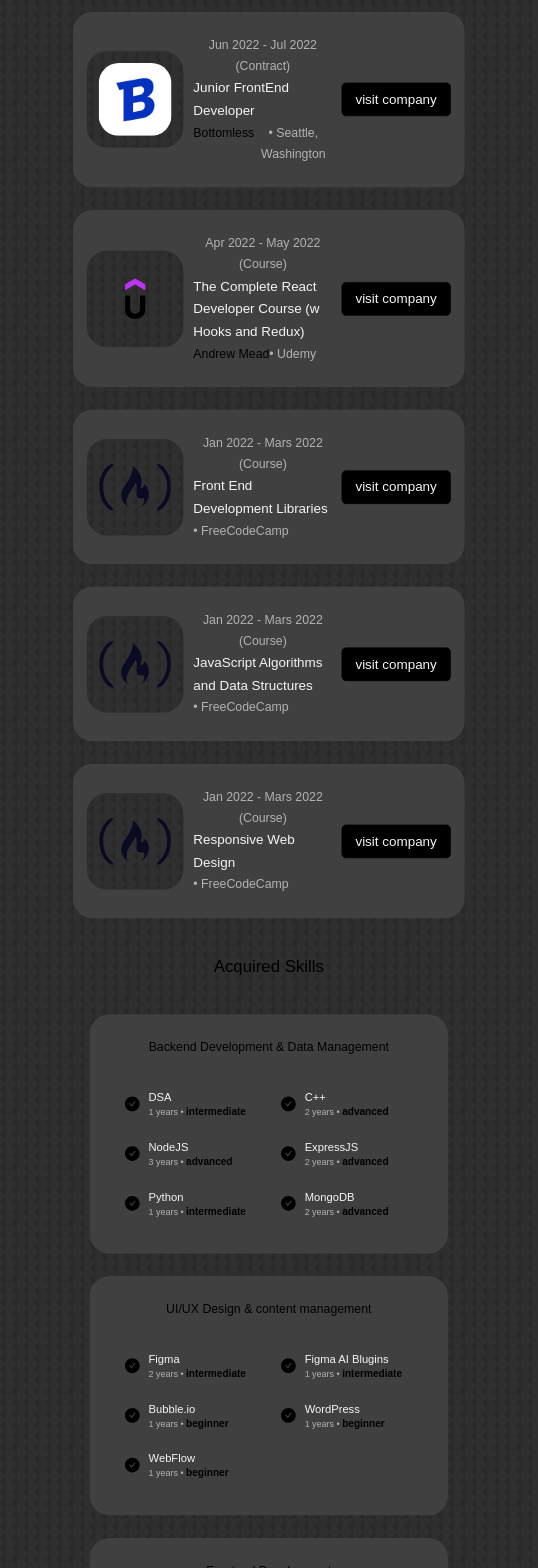
Repository: Z-Bahaa/project_joker_react_portfolio
Page: /
These files come from the project's save history. The page is drawn as it stood at one moment and after the next save; the edit follows.
The browser window is 768 px wide. The pictures show the part of the page from y = 4260 to 6500 px (the page is 8555 px tall before and 9122 px after), at 70% of full size.
Some web fonts or font styles are not loaded; a fallback is used. The project was rebuilt for these pictures with package versions that can differ from the ones it lists, and the page was loaded fresh each time. Imported but missing from the stored project, and not drawn on this page: src/assets/resume.pdf.

Above is the page before, as saved 2023-08-21 18:56:42.

### public/index.html
<!DOCTYPE html>
<html lang="en">

<head>
  <meta charset="UTF-8">
  <meta name="viewport" content="width=device-width, initial-scale=1.0">
  <title>Zeyad Bahaa</title>
  <link rel="shortcut icon" href="/Logo.png" />
</head>

<body>
  <div id="root"></div>
</body>

</html>

### src/App.jsx
import Header from './components/header/Header'
import Nav from './components/nav/Nav'
import About from './components/about/About'
import Experience from './components/experience/Experience'
// import Services from './components/services/Services'
import Portfolio from './components/portfolio/Portfolio'
// import Testimonials from './components/testimonials/Testimonials'
import Contact from './components/contact/Contact'
import Footer from './components/footer/Footer'


const App = () => {
  return (
    <>
      <Header />
      <Nav />
      <About />
      <Portfolio />
      <Experience />
      {/* <Services /> */}
{/*       <Testimonials /> */}
      <Contact />
      <Footer />

    </>
  )
}

export default App

### src/components/header/Header.jsx
import './header.css';
import CTA from './CTA'
import ME from '../../assets/me-3.png'
import HeaderSocials from './HeaderSocials'

const Header = () => {
  return (
    <div className='header container' id='home'>
      <div className='header__container'>
        <h5>Hello, I'm</h5>
        <h1>Zeyad Bahaa</h1>
        <h5 className="text-light">Software & web development Enthusiast</h5>
        <CTA />
        <HeaderSocials />

        <div className="me">
          <img src={ME} alt="" />
        </div>

        <a href='#contact' className="scroll__down">Scroll Down</a>
      </div>
    </div>
  )
}

export default Header

### src/components/nav/Nav.jsx
import './nav.css'
import { AiOutlineHome, AiOutlineUser, AiOutlineMessage } from 'react-icons/ai'
import { BiBookAlt } from 'react-icons/bi'
import { BsBagDash } from 'react-icons/bs'
import { useState} from 'react'

const Nav = () => {
  const [activeNav, setActiveNAv] = useState('#')
  return (
    <div className="nav">
      <a href="#home" className={activeNav === '#' ? 'active' : ''} onClick={() => setActiveNAv('#')}><AiOutlineHome /></a>
      <a href="#about" className={activeNav === '#about' ? 'active' : ''} onClick={() => setActiveNAv('#about')}><AiOutlineUser /></a>
      <a href="#portfolio" className={activeNav === '#services' ? 'active' : ''} onClick={() => setActiveNAv('#services')}><BsBagDash /></a>
      <a href="#experience" className={activeNav === '#experience' ? 'active' : ''} onClick={() => setActiveNAv('#experience')}><BiBookAlt /></a>
      <a href="#contact" className={activeNav === '#contact' ? 'active' : ''} onClick={() => setActiveNAv('#contact')}><AiOutlineMessage /></a>
    </div>
  )
}

export default Nav

### src/components/about/About.jsx
import './about.css'
import ME from '../../assets/me-3.png'
/* import { FiAward, FiUsers } from 'react-icons/fi'
import { AiFillFolderOpen } from 'react-icons/ai' */
const About = () => {
  return (
    <div className="section" id="about">
      <h5>Get To Know</h5>
      <h2>About Me</h2>

      <div className="container about__container">
        <div className="about__me">
          <div className="about__me-image">
            <img src={ME} alt="About" />
          </div>
        </div>

        <div className="about__content">
          {/* <div className="about__cards">

            <div className="about__card">
              <FiAward className="about__icon" />
              <h5>Experience</h5>
              <small>3+ Years Working</small>
            </div>

            <div className="about__card">
              <FiUsers className="about__icon" />
              <h5>Clients</h5>
              <small>200+ Worldwide</small>
            </div>

            <div className="about__card">
              <AiFillFolderOpen className="about__icon" />
              <h5>Projects</h5>
              <small>80+ Completed Projects</small>
            </div>

          </div> */}

          <p>
          Confident young professional with a passion for learning and development. eager to leverage education and training in the software development space to support the growth and success of a High performing organization. Strong track record of settling effective goals and leading teams to achieve those goals. committed to continuous improvement and driving team success.
          </p>

          <a href="#contact" className="btn btn-primary">Let's Talk</a>
        </div>
      </div>
    </div>
  )
}

export default About

### src/components/experience/Experience.jsx
import './experience.css'
import {skills, experience} from '../../data/experiences'
import { AiFillCheckCircle } from 'react-icons/ai'

const Experience = () => {
  return (
    <div className="section" id="experience">
      <h5>What Skills Do I Have?</h5>
      <h2>My Experiences</h2>
      <div className="history__container">
        {
          experience.map((e) => (
            <div>
              <div className="image-container">
                <img src={e.image} alt='company logo'/>
              </div>
              <div className="course-details-container">
                <p>{e.date}</p>
                <h1>{e.title}</h1>
                <section>
                  <span>{e.address.city}</span>
                  <p> • {e.address.country}</p>
                </section>
              </div>
              <a href={e.url} target="_blank" rel="noreferrer">
                <button className="btn btn-primary" >
                  <h1>visit company</h1>
                </button>
              </a>
            </div>
          ))
        }
      </div>
      <h2>Acquired Skills</h2>
      <div className="experience__container">
        {
          skills.map((field) => (
            <div>
              <h3>{field.title}</h3>
              <div className="experience__content">
                {
                  field.list.map((item) => (
                    <div className="experience__details">

                        <AiFillCheckCircle className="experience__details-icon"/>
                        <div>
                          <h4>{item.name}</h4>
                          <small>{(item.experience + " ")} • <span>{" " + item.level}</span> </small>
                        </div>
                    </div>
                  ))
                }
              </div>
            </div>
          ))
        }
      </div>

    </div>
  )
}

export default Experience

### src/components/portfolio/Portfolio.jsx
import './portfolio.css'
import projects from '../../data/projects'



const Portfolio = () => {
  return (
    <div className="section" id='portfolio'>
      <h5>My Recent Work</h5>
      <h2>Portfolio</h2>

      <div className="container portfolio__container">
        {
          projects.map(item => (
            <div  key={item.id} className="portfolio__item">
              <img src={item.img} className="portfolio__item-image" alt=""/>
              <h3>{item.title || 'This is a portfolio item title'}</h3>
              <p>{item.tech || 'This is a portfolio item title'}</p>
              <div className="portfolio__item-cta">
                <a className="btn" href={item.github} target='_blank' rel="noreferrer">Github</a>
                <a className="btn btn-primary" href={item.demo} target='_blank' rel="noreferrer">Live Demo</a>
              </div>
            </div>
          ))
        }
      </div>
    </div>
  )
}

export default Portfolio

### src/components/contact/Contact.jsx
import './contact.css'
import { AiOutlineMail, AiOutlineWhatsApp } from 'react-icons/ai'
import { RiMessengerLine } from 'react-icons/ri'


const Contact = () => {

  return (
    <div className="section" id="contact">
      <h5>Get In Touch</h5>
      <h2>Contact Me</h2>

      <div className="container contact__container">
        <div className="contact__options">

          <div className="contact__option">
            <AiOutlineMail className='contact__option-icon'/>
            <h4>Email</h4>
            <h5>zizobahaapersonal@gmail.com</h5>
            <a href="mailto:zizobahaapersonal@gmail.com">Send a message</a>
          </div>

          <div className="contact__option">
            <RiMessengerLine className='contact__option-icon'/>
            <h4>Messenger</h4>
            <h5>Zizo Bahaa</h5>
            <a href="https://m.me/100071918118359">Send a message</a>
          </div>
          <div className="contact__option">
            <AiOutlineWhatsApp className='contact__option-icon' />
            <h4>WhatsApp</h4>
            <h5>+201020730202</h5>
            <a href="https://api.whatsapp.com/send?phone=201020730202" >Send a message</a>
          </div>

        </div>

{        <form
          // ref={form}
          // onSubmit={sendEmail}
          >
          <input type="text" name="name" placeholder="Your Full Name" required/>
          <input type="email" name="email" placeholder="Your Email" required/>
          <textarea name="message" placeholder="Your Message" rows="7" required/>
          <button type="submit" className="btn btn-primary">send Message</button>
        </form>}
      </div>
    </div>
  )
}

export default Contact

### src/components/footer/Footer.jsx
import './footer.css'
import { AiOutlineLinkedin, AiOutlineFacebook, } from 'react-icons/ai'
import { FiTwitter, FiGithub, FiInstagram } from 'react-icons/fi'
import { FaTiktok } from 'react-icons/fa'
import { SiMyanimelist } from 'react-icons/si'

const Footer = () => {
  return (
    <div className="footer">
      <a href="#home" className="footer__icon">Z. bahaa</a>

      <ul className="permalinks">
        <li><a href="#home">Home</a></li>
        <li><a href="#about">About</a></li>
        <li><a href="#experience">Experience</a></li>
        {/* <li><a href="#services">Services</a></li> */}
        <li><a href="#portfolio">Portfolio</a></li>
        {/* <li><a href="#testimonials">Testimonials</a></li> */}
        <li><a href="#contact">Contact</a></li>
      </ul>

      <div className="footer__socials" >
        <a href='https://www.linkedin.com/in/z-bahaa-194022234/' target='_blank' rel="noreferrer"><AiOutlineLinkedin /></a>
        <a href='https://github.com/Z-Bahaa' target='_blank' rel="noreferrer"><FiGithub /></a>
        <a href='https://www.facebook.com/profile.php?id=100071918118359' target='_blank' rel="noreferrer"><AiOutlineFacebook /></a>
      </div>

      <div className="footer__coptright">
        <small>&copy; Z.bahaa. All rights reserved.</small>
      </div>
    </div>
  )
}

export default Footer

### src/components/header/header.css
.header {
  min-height: 120vh;
  padding-top: 7rem;
  /* overflow: hidden; */
}

.header__container {
  text-align: center;
  height: 100%;
  position: relative;
}

.cta {
  margin-top: 2.5rem;
  display: flex;
  gap: 1.2rem;
  justify-content: center;
}

.header__socials {
  display: flex;
  flex-direction: column;
  position: absolute;
  left: 0;
  bottom: 2rem;
  gap: 1rem;
}

.header__socials::after {
  content: "";
  width: 1px;
  height: 2rem;
  background: var(--color-primary);
  align-self: center;
}

.me {
  background: linear-gradient(var(--color-primary), transparent);
  width: 22rem;
  max-height: 27rem;
  position: absolute;
  left: calc(50% - 11rem);
  margin-top: 4rem;
  border-radius: 12rem 12rem 0 0;
  -webkit-border-radius: 12rem 12rem 0 0;
  -moz-border-radius: 12rem 12rem 0 0;
  -ms-border-radius: 12rem 12rem 0 0;
  -o-border-radius: 12rem 12rem 0 0;
  overflow: hidden;
  /* padding: 5rem 1.5rem 1.5rem 1.5rem; */
}
/* .me img {
  min-height: 40rem;
} */

.scroll__down {
  position: absolute;
  right: 0rem;
  bottom: 5rem;
  transform: rotate(90deg);
  -webkit-transform: rotate(90deg);
  -moz-transform: rotate(90deg);
  -ms-transform: rotate(90deg);
  -o-transform: rotate(90deg);
  font-weight: 300;
  font-size: 0.9rem
}

@media screen and (max-width: 1024px) {
  .header {
    height: 70vh;
  }
}

@media screen and (max-width: 600px) {



}

### src/components/header/CTA.jsx
import CV from '../../assets/resume.pdf'

import React from 'react'

const CTA = () => {
  return (
    <div className="cta">
      <a href={CV} className='btn'>Download CV</a>
      <a href="#contact" className="btn btn-primary">Let's Talk</a>
    </div>
  )
}

export default CTA

### src/components/header/HeaderSocials.jsx
import { AiOutlineLinkedin, AiOutlineFacebook,} from 'react-icons/ai'
import {FiGithub} from 'react-icons/fi'



const HeaderSocials = () => {
  return (
    <div className="header__socials">
      <a href='https://www.linkedin.com/in/zizo-bahaa' target='_blank'  rel="noreferrer"><AiOutlineLinkedin /></a>
      <a href='https://github.com/Z-Bahaa' target='_blank'  rel="noreferrer"><FiGithub /></a>
      <a href='https://www.facebook.com/profile.php?id=100071918118359' target='_blank'  rel="noreferrer"><AiOutlineFacebook /></a>
    </div>
  )
}

export default HeaderSocials

### src/components/nav/nav.css
.nav {
  background: rgba(0, 0, 0, 0.3);
  width: max-content;
  display: block;
  padding: 0.7em 1.7em;
  z-index: 2;
  position: fixed;
  left: 50%;
  transform: translateX(-50%);
  -webkit-transform: translateX(-50%);
  -moz-transform: translateX(-50%);
  -ms-transform: translateX(-50%);
  -o-transform: translateX(-50%);
  bottom: 2rem;
  display: flex;
  gap: 0.8rem;
  border-radius: 3rem;
  -webkit-border-radius: 3rem;
  -moz-border-radius: 3rem;
  -ms-border-radius: 3rem;
  -o-border-radius: 3rem;
  backdrop-filter: blur(15px);
}

.nav a {
  background: transparent;
  padding: 0.8rem;
  border-radius: 50%;
  -webkit-border-radius: 50%;
  -moz-border-radius: 50%;
  -ms-border-radius: 50%;
  -o-border-radius: 50%;
  display: flex;
  color: var(--color-light);
  font-size: 1.1rem;
}

.nav a:hover {
  background: rgba(0, 0, 0, 0.3);
}

.nav a.active {
  background: var(--color-primary);
  color: var(--color-bg)
}

### src/components/experience/experience.css
.experience__container {
  display: grid;
  grid-template-columns: 1fr 1fr;
  justify-content: center;
  gap: 2rem;
  margin-inline: 8rem;
}

.history__container {
  display: grid;
  grid-template-columns: 1fr;
  justify-content: center;
  gap: 2rem;
  margin-inline: 8rem;
  margin-bottom: 3rem;
}

.experience__container>div, .history__container>div {
  background: var(--color-bg-variant);
  display: flex;
  flex-direction: column;
  justify-content: center;
  width: 100%;
  padding: 2.4rem 5rem;
  border-radius: 1.8rem;
  -webkit-border-radius: 1.8rem;
  -moz-border-radius: 1.8rem;
  -ms-border-radius: 1.8rem;
  -o-border-radius: 1.8rem;
  border: 1px solid transparent;
  transition: var(--transition);
  -webkit-transition: var(--transition);
  -moz-transition: var(--transition);
  -ms-transition: var(--transition);
  -o-transition: var(--transition);
}

.history__container>div {
  display: flex;
  flex-direction: row;
  align-items: center;
  justify-content: flex-start;
  padding: 1.2rem;
}

.history__container>div .image-container{
  aspect-ratio: 1;
  display: flex;
  align-items: center;
  justify-content: center;
  width: fit-content;
  padding: 1rem;
  /* background-color: red; */
  border-radius: 1.8rem;
  -webkit-border-radius: 1.8rem;
  -moz-border-radius: 1.8rem;
  -ms-border-radius: 1.8rem;
  -o-border-radius: 1.8rem;
  background: var(--color-bg);
  background-image: url(../../assets/bg-texture.png);
  border-color: var(--color-bg);
  border-style: solid;
  border-width: 1px;
  margin-inline-end: .1rem;
}

.history__container>div .image-container img{
  width: 6.5rem;
  border-radius: 1.8rem;
  -webkit-border-radius: 1.8rem;
  -moz-border-radius: 1.8rem;
  -ms-border-radius: 1.8rem;
  -o-border-radius: 1.8rem;
}

.experience__container>div:hover, .history__container>div:hover {
  background: transparent;
  border-color: var(--color-primary-variant);
  cursor: default;
}

.history__container>div .course-details-container{
  padding: .8rem;
  display: flex;
  width: 100%;
  height: 100%;
  /* background-color: red; */
  flex-direction: column;
  justify-content: center;
  align-items: flex-start;

}
.history__container>div h1{
  font-size: 1.2rem;

}

.history__container>div .course-details-container section{
  display: flex;

}

.history__container>div .course-details-container  span {
  text-align: center;
  font-size: 1.1rem;
  /* margin-bottom: 2rem; */
  color: var(--color-primary);

}
.history__container>div .course-details-container  p {
  text-align: center;
  font-size: 1.1rem;
  /* margin-bottom: 1rem; */
  color: var(--color-light);

}

.history__container>div button {
  color: var(--color-white);
  min-width: fit-content;

}

.experience__container>div h3 {
  text-align: center;
  font-size: 1.1rem;
  margin-bottom: 2rem;
  color: var(--color-primary);
}

.experience__content {
  display: grid;
  grid-template-columns: 1fr 1fr;
  width: 100%;
  justify-content: space-between;
  /* background-color: red; */
  align-items: space-between;
  gap: 2rem;
  row-gap: 1.9rem;
}

.experience__details {
  display: flex;
  /* background-color: red; */
  width: fit-content;
  align-items: center;
  gap: .7rem;
}

.experience__details-icon {
  margin-bottom: 6px;
  font-size: 1.5rem;
  color: var(--color-primary);
}

.experience__details div {
  display: flex;
  flex-direction: column;
  gap: 0;
  align-items: flex-start;
  justify-content: center;
}

.experience__details div h4 {
  text-align: center;
  font-size: 1rem;
  line-height: 1rem;
  color: var(--color-white);
}

.experience__details div small {
  text-align: center;
  font-size: .8rem;
  /* line-height: 1rem; */
  color: var(--color-light);
}

.experience__details div span {
  text-align: center;
  font-size: .9rem;
  font-weight: bold;
  color: var(--color-primary);
}

@media screen and (max-width: 1024px) {
  .experience__container {
    grid-template-columns: 1fr;
    gap: 2rem;
    align-items: center;
    justify-content: center;
  }

  .experience__container>div {
    width: 80%;
    padding: 2rem;
    margin: 0 auto;
    min-width: fit-content;
  }

  .experience__content {
    padding: 1rem;
    width: 100%;
    align-items: center;
    justify-content: center;
    /* grid-template-columns: 1fr; */
  }
}

@media screen and (max-width: 900px) {
  .experience__container>div {
    width: 100%;
    margin: 0 auto;
  }

  .experience__content {
    padding: 1rem;
    width: 100%;
    align-items: center;
    justify-content: center;
    /* grid-template-columns: 1fr; */
  }
}

@media screen and (max-width: 800px) {
}

@media screen and (max-width: 600px) {
  .experience__container {
    gap: 1rem;
    padding: 0;
    margin: 0;
  }

  .experience__container>div {
    width: 100%;
    /* padding: 0; */
    margin: 0 auto;
  }
}

### src/components/portfolio/portfolio.css
.portfolio__container {
  display: grid;
  grid-template-columns: repeat(2, 1fr);
  gap: 2.5rem;
}

.portfolio__item {
  background: var(--color-bg-variant);
  padding: 1.2rem;
  border-radius: 2rem;
  -webkit-border-radius: 2rem;
  -moz-border-radius: 2rem;
  -ms-border-radius: 2rem;
  -o-border-radius: 2rem;
  border: 1px solid transparent;
  transition: var(--transition);
  -webkit-transition: var(--transition);
  -moz-transition: var(--transition);
  -ms-transition: var(--transition);
  -o-transition: var(--transition);
}

.portfolio__item:hover {
  border-color: var(--color-primary-variant);
  background: transparent;
}

.portfolio__item-image {
  border-radius: 1.5rem;
  -webkit-border-radius: 1.5rem;
  -moz-border-radius: 1.5rem;
  -ms-border-radius: 1.5rem;
  -o-border-radius: 1.5rem;
  overflow: hidden;
}

.portfolio__item h3 {
  margin: 0rem 0.2rem;
  margin-top: 1rem;
}

.portfolio__item p {
  margin: 0rem 0.2rem;
  margin-bottom: 1rem;
  font-size: 1rem;
  color: var(--color-light);
}

.portfolio__item-cta {
  display: flex;
  align-self: flex-end;
  gap: 1rem;
  margin-bottom: 1rem;
}

@media screen and (max-width: 1024px) {
  .portfolio__container {
    grid-template-columns: 1fr 1fr;
    gap: 1.2rem;
  }
}

@media screen and (max-width: 600px) {
  .portfolio__container {
    grid-template-columns: 1fr;
    gap: 1rem;
  }
}

### src/components/contact/contact.css
.container.contact__container {
  width: 58%;
  display: grid;
  grid-template-columns: 30% 58%;
  gap: 12%;
}

.contact__options {
  display: flex;
  flex-direction: column;
  gap: 1.2rem;
}

.contact__option {
  background: var(--color-bg-variant);
  padding: 1.2rem;
  border-radius: 1.2rem;
  -webkit-border-radius: 1.2rem;
  -moz-border-radius: 1.2rem;
  -ms-border-radius: 1.2rem;
  -o-border-radius: 1.2rem;
  text-align: center;
  border: 1px solid transparent;
  transition: var(--transition);
  overflow: hidden;
}

.contact__option:hover {
  background: transparent;
  border-color: var(--color-primary-variant);
}

.contact__option-icon {
  font-size: 1.5rem;
  margin-bottom: 0.5rem;

}

.contact__option a {
  margin-top: 0.7rem;
  display: inline-block;
  font-size: .8rem;
}

form {
  display: flex;
  flex-direction: column;
  gap: 1.2rem;
}

input, textarea {
  width: 100%;
  padding: 1.5rem;
  border-radius: 0.5rem;
  -webkit-border-radius: 0.5rem;
  -moz-border-radius: 0.5rem;
  -ms-border-radius: 0.5rem;
  -o-border-radius: 0.5rem;
  background: transparent;
  border: 1px solid var(--color-primary-variant);
  resize: none;
  color: var(--color-white);
}

@media screen and (max-width: 1024px) {
  .container.contact__container {
    grid-template-columns: 1fr;
    gap: 2rem;
  }
}

@media screen and (max-width: 600px) {
  .container.contact__container {
    width: var(--container-width-sm);
  }
}

### src/components/footer/footer.css
.footer {
  background: var(--color-primary);
  padding: 3rem 0;
  padding-bottom: 0;
  text-align: center;
  font-size:0.9rem;
  margin-top: 7rem;
}

.footer a {
  color: var(--color-bg);
}

.footer__icon {
  font-size:2rem;
  font-weight: 500;
  margin-bottom: 2rem;
  display: inline-block;
}

.permalinks {
  display: flex;
  flex-wrap: wrap;
  justify-content: center;
  gap: 2rem;
  margin: 0 auto 3rem;
}

.footer__socials {
  display: flex;
  justify-content: center;
  gap: 1rem;
  margin-bottom: 4rem;
}

.footer__socials a {
  background: var(--color-bg);
  color: var(--color-white);
  padding: 0.8rem;
  border-radius: 0.7rem;
  -webkit-border-radius: 0.7rem;
  -moz-border-radius: 0.7rem;
  -ms-border-radius: 0.7rem;
  -o-border-radius: 0.7rem;
  display: flex;
  border: 1px solid transparent;
  margin-bottom: 5rem;
}

.footer__socials a:hover {
  background: transparent;
  color: var(--color-bg);
  border-color: var(--color-bg);

}

.footer__copyright {
  margin-bottom: 4rem;
  color: var(--color-bg);
}

@media screen and (max-width: 600px) {
  .permalinks {
    flex-direction: column;
    gap: 1.5rem;
  }
}

Loaded but not shown: src/data/experiences.js (207 lines, source omitted); src/data/projects.js (65 lines, source omitted); src/index.js (5 lines, source omitted); src/index.css (151 lines, source omitted); src/components/about/about.css (141 lines, source omitted)

After the next save:
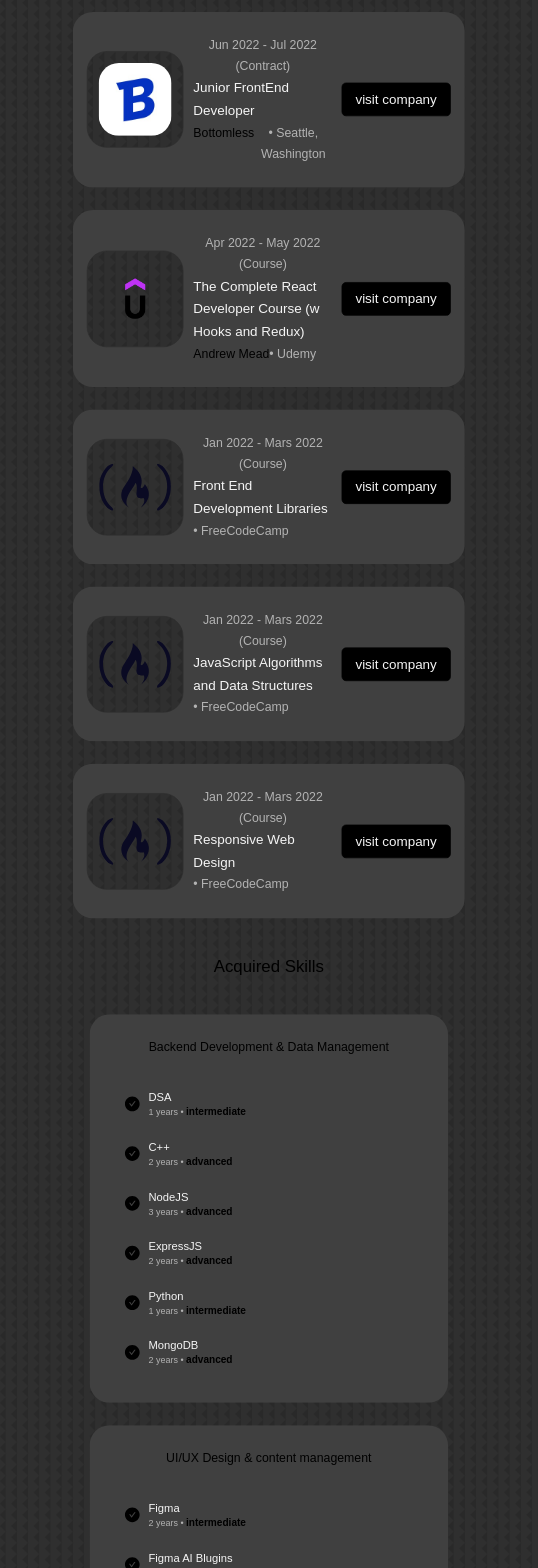
Saved 7 s later.
--- a/src/components/experience/experience.css
+++ b/src/components/experience/experience.css
@@ -222,6 +222,13 @@
 }
 
 @media screen and (max-width: 800px) {
+  .experience__content {
+    padding: 1rem;
+    width: 100%;
+    align-items: center;
+    justify-content: center;
+    grid-template-columns: 1fr;
+  }
 }
 
 @media screen and (max-width: 600px) {
